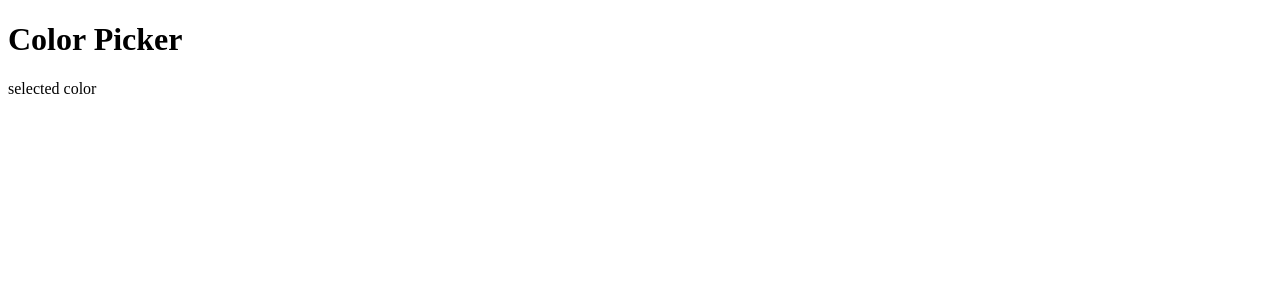
Repository: wakoya-tech/color-picker
Page: /
These files come from the project's save history. The page is drawn as it stood at one moment and after the next save; the edit follows.
The browser window is 1280 px wide. The pictures show the whole page.
The project was rebuilt for these pictures with package versions that can differ from the ones it lists, and the page was loaded fresh each time. Also part of the build but not shown: vite.config.js, src/App.css, src/index.css.

Above is the page before, as saved 2025-10-16 20:35:40.

After the next save:
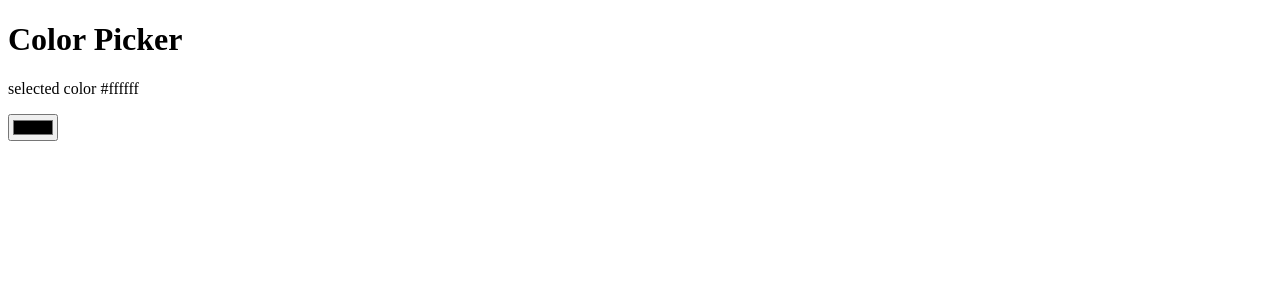
Saved 3 min 5 s later.
--- a/src/ColorPicker.jsx
+++ b/src/ColorPicker.jsx
@@ -2,12 +2,20 @@ import React, { useState } from 'react'
 
 function ColorPicker() {
   const [color,setColor]=useState("#ffffff");
-
+function handleColorChange(e)
+{
+  setColor(e.target.value);
+}
   return (
     <div className='color-picker-container'>
 <h1>Color Picker</h1>
-<div className='color-display' style={{backgroundColor :color}}></div>
-    <p>selected color</p>
+<div className='color-display' style={{backgroundColor :color}}>
+  <p>selected color {color}</p>
+</div>
+    <div>
+      <label Select a color></label>
+      <input type="color" onChange={handleColorChange}/>
+    </div>
     </div>
   )
 }
